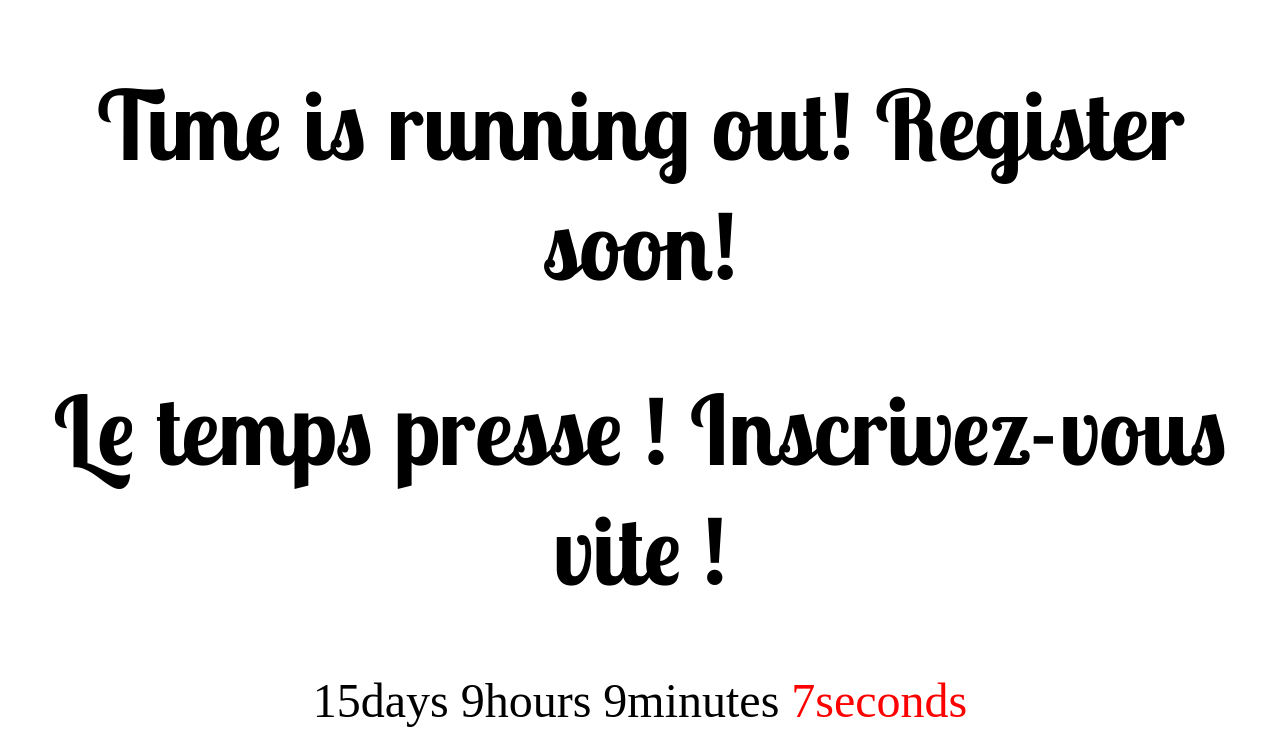
Repository: sinarinzifabrice/Events
Page: index.html
An editor plug-in stored every save of this project. The page is shown before and after a run of saves, followed by the edit.
The browser window is 1280 px wide. The pictures show the whole page.

Above is the page before, as saved 2024-05-16 18:57:01.

### index.html
<!DOCTYPE html>
<html lang="en">
<head>
  <meta charset="UTF-8">
  <meta name="viewport" content="width=device-width, initial-scale=1.0">
  <link rel="preconnect" href="https://fonts.googleapis.com">
<link rel="preconnect" href="https://fonts.gstatic.com" crossorigin>
<link href="https://fonts.googleapis.com/css2?family=Lobster+Two:ital,wght@0,700;1,700&family=Poppins:wght@300;400;600;700&display=swap" rel="stylesheet">
  <title>Countdown Timer</title>
  <style>
   h1{
      font-family: "Lobster Two", sans-serif;
      font-weight: 400;
      font-style: normal;
   }
    .countdown {
      font-size: 3em;
      text-align: center;
    }
    .red {
      color: red;
    }
  </style>
</head>
<body>

   <div class="countdown">
      <h1>Time is running out! Register soon!</h1>
      <h1>Le temps presse ! Inscrivez-vous vite !</h1>
   </div>
   <div id="countdown" class="countdown"></div>
   <div>
      <h2></h2>
      <h2></h2>
   </div>



<script>
  // Set the date we're counting down to
  var countDownDate = new Date("May 29, 2024 19:00:00").getTime();

  // Update the countdown every 1 second
  var x = setInterval(function() {

    // Get the current date and time
    var now = new Date().getTime();

    // Calculate the remaining time
    var distance = countDownDate - now;

    // Calculate days, hours, minutes and seconds
    var days = Math.floor(distance / (1000 * 60 * 60 * 24));
    var hours = Math.floor((distance % (1000 * 60 * 60 * 24)) / (1000 * 60 * 60));
    var minutes = Math.floor((distance % (1000 * 60 * 60)) / (1000 * 60));
    var seconds = Math.floor((distance % (1000 * 60)) / 1000);

    // Display the countdown
    document.getElementById("countdown").innerHTML = days + "days " + hours + "hours "
    + minutes + "minutes <span class='red'>" + seconds + "seconds</span>";

    // If the countdown is over, display a message
    if (distance < 0) {
      clearInterval(x);
      document.getElementById("countdown").innerHTML = "EXPIRED";
    }
  }, 1000);
</script>

</body>
</html>

After the next 2 saves:
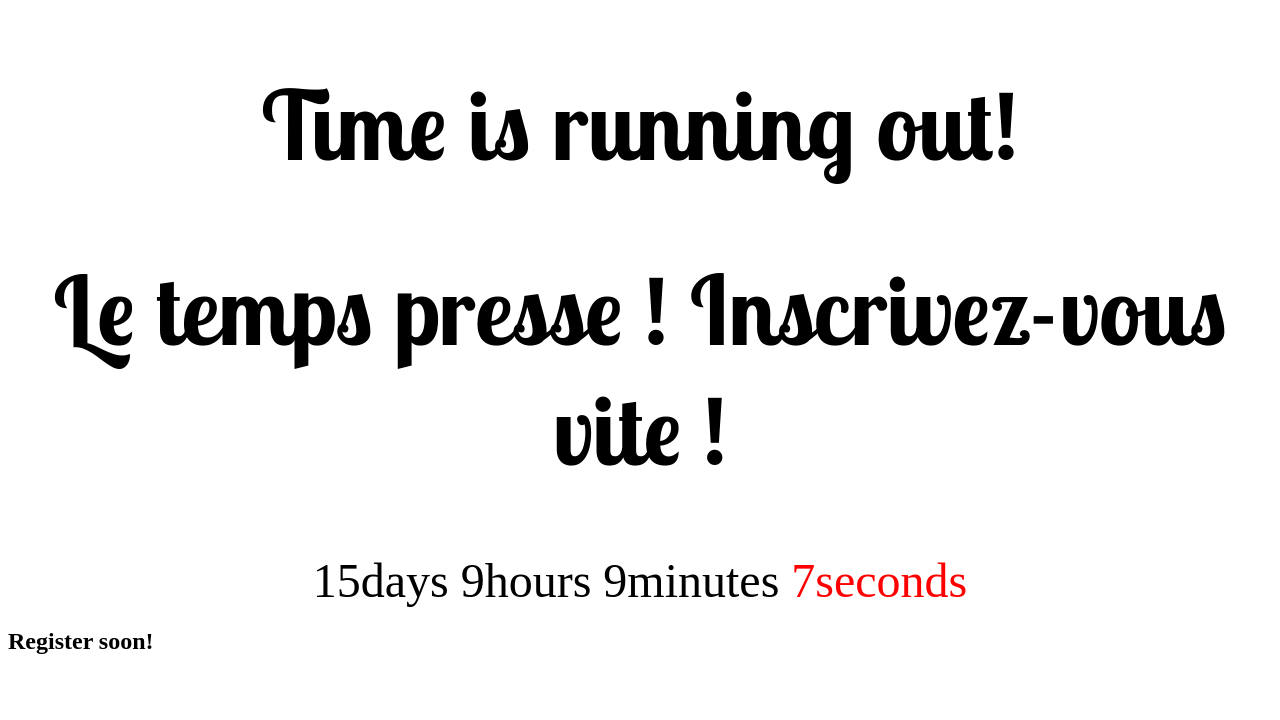
The 2 saves are shown as one change because they came seconds apart.
The last was saved 31 s later.
--- a/index.html
+++ b/index.html
@@ -25,12 +25,12 @@
 <body>
 
    <div class="countdown">
-      <h1>Time is running out! Register soon!</h1>
+      <h1>Time is running out! </h1>
       <h1>Le temps presse ! Inscrivez-vous vite !</h1>
    </div>
    <div id="countdown" class="countdown"></div>
    <div>
-      <h2></h2>
+      <h2>Register soon!</h2>
       <h2></h2>
    </div>
 
